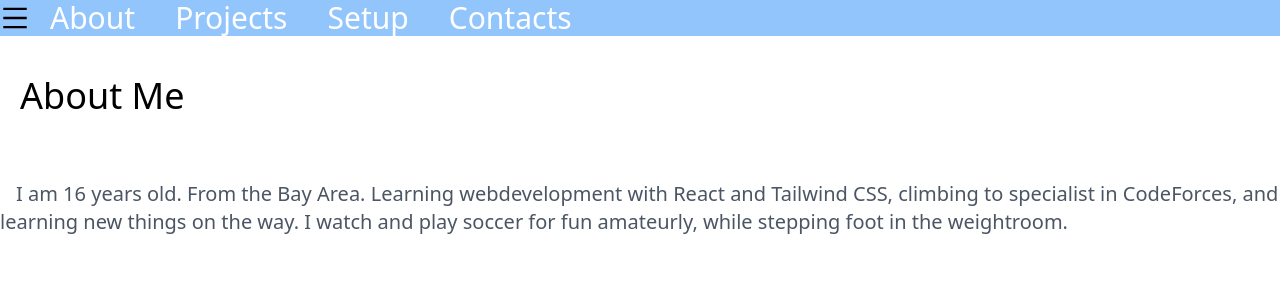
Repository: joshuayanggithub/joshua-yang-website
Page: /
The author's editor kept a copy of each file at every save. The page is drawn from the files as they stood at one save, then again after the next save.
The browser window is 1280 px wide. The pictures show the whole page.
The project was rebuilt for these pictures with package versions that can differ from the ones it lists, and the page was loaded fresh each time.

Above is the page before, as saved 2023-01-06 22:29:39.

After the next save:
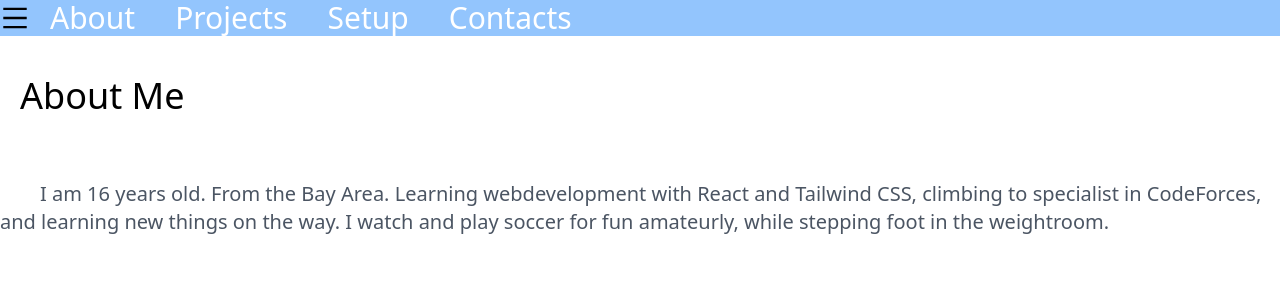
Saved 8 s later.
--- a/src/components/About.jsx
+++ b/src/components/About.jsx
@@ -5,7 +5,7 @@ const About = () => {
     <div class="flex flex-col">
       <h1 class="text-black text-4xl float-left px-5 my-10">About Me</h1>
       <br></br>
-      <p class="indent-4 text-gray-600 text-xl">I am 16 years old. From the Bay Area. Learning webdevelopment with React and Tailwind CSS, climbing to specialist in CodeForces, and learning new things on the way. I watch and play soccer for fun amateurly, while stepping foot in the weightroom. </p>
+      <p class="indent-10 text-gray-600 text-xl">I am 16 years old. From the Bay Area. Learning webdevelopment with React and Tailwind CSS, climbing to specialist in CodeForces, and learning new things on the way. I watch and play soccer for fun amateurly, while stepping foot in the weightroom. </p>
     </div>
   );
 }
